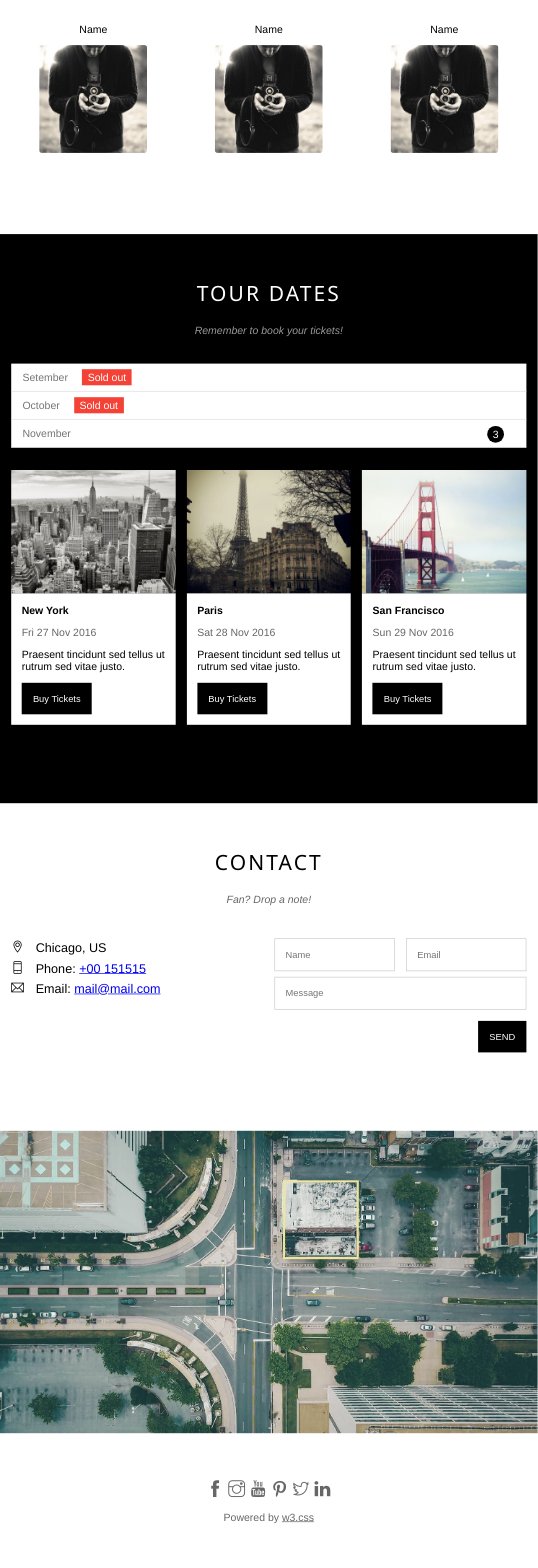
Repository: Lehau79/w3_band
Page: index.html
These files come from the project's save history. The page is drawn as it stood at one moment and after the next save; the edit follows.
The browser window is 768 px wide. The pictures show the part of the page from y = 768 to 3008 px (the page is 3008 px tall), at 70% of full size.

Above is the page before, as saved 2021-11-21 17:08:21.

### index.html
<!DOCTYPE html>
<html lang="en">
<head>
    <meta charset="UTF-8">
    <meta http-equiv="X-UA-Compatible" content="IE=edge">
    <meta name="viewport" content="width=device-width, initial-scale=1.0">
    <title>THE BAND</title>
    <link rel="icon" href="#" type="image/x-icon" />
    <link rel="stylesheet" href="./assets/css/style.css">
    <link rel="stylesheet" href="./assets/css/responsive.css">
    <link rel="stylesheet" href="/assets/font/themify-icons/themify-icons.css">
</head>
<body>
    <div id="main">
        <div id="header">
            <!-- Beign: Nav -->
            <ul id="nav">
                <li><a href="#">Home</a></li>
                <li><a href="#band">Band</a></li>
                <li><a href="#tour">Tour</a></li>
                <li><a href="#contain">Contact</a></li>
                <li>
                    <a href="#">
                        More
                    <i class="nav-arrow-down ti-angle-down"></i>
                    </a>
                    <ul class="subnav">
                        <li><a href="#">Merchandise</a></li>
                        <li><a href="#">Extras</a></li>
                        <li><a href="#">Media</a></li>
                    </ul>
                </li>
            </ul>
            <!-- End: Nav -->

            <!-- Begin: Search button -->
                <div class="search-btn">
                    <i class="search-icon ti-search"></i>
                </div>
            <!-- End: Search button -->

            <!-- Begin: Mobile-menu-btn -->
            <div id="mobile-menu" class="mobile-menu-btn">
                <i class="menu-icon ti-menu"></i>
            </div>
            <!-- End: Mobile-menu-btn -->

        </div>
            <!-- Begin: Slider-->
        <div id="slider">
            <div class="text-content">
                <h2 class="text-heading">Chicago</h2>
                <div class="text-description">Thank you, Chicago - A night we won't forget.</div>
            </div>
        </div>
            <!-- End: Slider -->

            <!-- Begin: Content-->
        <div id="content">

            <!-- Begin: TheBand Section-->
            <div class="content-section" id="band">
                <h2 class="content-heading">THE BAND</h2>
                <p class="content-sub-heading">We love music</p>
                <p class="about-text">We have created a fictional band website. Lorem ipsum dolor sit amet, consectetur adipiscing elit, sed do eiusmod tempor incididunt ut labore et dolore magna aliqua. Ut enim ad minim veniam, quis nostrud exercitation ullamco laboris nisi ut aliquip ex ea commodo consequat. Duis aute irure dolor in reprehenderit in voluptate velit esse cillum dolore eu fugiat nulla pariatur. Excepteur sint occaecat cupidatat non proident, sunt in culpa qui officia deserunt mollit anim id est laborum consectetur adipiscing elit, sed do eiusmod tempor incididunt ut labore et dolore magna aliqua. Ut enim ad minim veniam, quis nostrud exercitation ullamco laboris nisi ut aliquip ex ea commodo consequat.</p>
                <div class="row members-list">
                    <div class="col col-third s-col-full mt-32 text-center">
                        <p class="member-name">Name</p>
                        <img src="./assets/images/Band/Member1.jpg" alt="LVH" class="member-img">
                    </div>
                    <div class="col col-third s-col-full mt-32 text-center">
                        <p class="member-name">Name</p>
                        <img src="./assets/images/Band/Member1.jpg" alt="LVH" class="member-img">
                    </div>
                    <div class="col col-third s-col-full mt-32 text-center">
                        <p class="member-name">Name</p>
                        <img src="./assets/images/Band/Member1.jpg" alt="LVH" class="member-img">
                    </div>
                </div>
            </div>
            <!--End: TheBand Section-->

            <!-- Begin: Tour Section-->
            <div class="tour-section" id="tour">
                <div class="content-section">
                    <h2 class="content-heading text-white">TOUR DATES</h2>
                    <p class="content-sub-heading text-white">Remember to book your tickets!</p>

                    <ul class="tickets-list">
                        <li>Setember <span class="sold-out">Sold out</span></li>
                        <li>October <span class="sold-out">Sold out</span></li>
                        <li>November <span class="sold-quatity">3</span></li>
                    </ul>

                    <!--Begin :Tour Places Section-->
                    <div class="row place-list">
                        <div class="col col-third s-col-full mt-16">
                            <img src="./assets/images/Places/Place1.jpg" alt="New York" class="place-img">
                            <div class="place-body">
                                <h3 class="place-heading">New York</h3>
                                <p class="place-time">Fri 27 Nov 2016</p>
                                <p class="place-desc">Praesent tincidunt sed tellus ut rutrum sed vitae justo.</p>
                                <button class="btn s-full-width js-buy-ticket">Buy Tickets</button>
                            </div>
                        </div>

                        <div class="col col-third s-col-full mt-16">
                            <img src="./assets/images/Places/Place2.jpg" alt="New York" class="place-img">
                            <div class="place-body">
                                <h3 class="place-heading">Paris</h3>
                                <p class="place-time">Sat 28 Nov 2016</p>
                                <p class="place-desc">Praesent tincidunt sed tellus ut rutrum sed vitae justo.</p>
                                <button class="btn s-full-width js-buy-ticket">Buy Tickets</button>
                            </div>
                        </div>

                        <div class="col col-third s-col-full mt-16">
                            <img src="./assets/images/Places/place3.jpg" alt="New York" class="place-img">
                            <div class="place-body">
                                <h3 class="place-heading">San Francisco</h3>
                                <p class="place-time">Sun 29 Nov 2016</p>
                                <p class="place-desc">Praesent tincidunt sed tellus ut rutrum sed vitae justo.</p>
                                <button class="btn s-full-width js-buy-ticket">Buy Tickets</button>
                            </div>
                        </div>


                    </div>
                    <!--End: Tour Places Section-->
                </div>
            </div>
            <!-- End: Tour Place Section-->


            <!-- Begin: Contact Section-->
            <div class="content-section" id="contain" >
                <h2 class="content-heading">CONTACT</h2>
                <p class="content-sub-heading">Fan? Drop a note!</p>

                <div class="row  contact-content">
                    <div class="col col-half s-col-full contact-info">
                        <p><i class="ti-location-pin"></i> Chicago, US</p>
                        <p><i class="ti-mobile"></i>  Phone: <a href="tel:+00 151515">+00 151515</a></p>
                        <p><i class="ti-email"></i> Email: <a href="mailto:mail@mail.com">mail@mail.com</a></p>

                    </div>
                    <div class="col col-half s-col-full contact-form">
                        <form action="">
                            <div class="row">
                                <div class="col col-half s-col-full">
                                    <input type="text" name="" id="" required class="form-control" placeholder="Name">
                                </div>
                                <div class="col col-half s-col-full s-mt-8">
                                    <input type="email" name="" id="" required class="form-control" placeholder="Email">
                                </div>
                            </div>
                            <div class="row mt-8">
                                <div class="col col-full">
                                    <input type="text" name="" id="" required class="form-control" placeholder="Message">
                                </div>
                            </div>
                            <input class="btn s-full-width mt-16 pull-right" type="submit" value="SEND" />
                        </form>
                    </div>
            </div>
            </div>
            <!-- End: Contact Section-->

            <div class="image-section">
                <img src="./assets/images/Map/map.jpg" alt="Map">
            </div>
        </div>
        <!-- End: Content Section-->

        <!-- Begin: Footer-->
        <div id="footer">
            <div class="socials-list">
                <a href=""><i class="ti-facebook"></i></a>
                <a href=""><i class="ti-instagram"></i></a>
                <a href=""><i class="ti-youtube"></i></a>
                <a href=""><i class="ti-pinterest"></i></a>
                <a href=""><i class="ti-twitter"></i></a>
                <a href=""><i class="ti-linkedin"></i></a>
            </div>
            <p class="copyright">Powered by <a href="">w3.css</a></p>
        </div>
        <!--End :Footer-->
    </div>

    <div class="modal js-modal">
        <div class="modal-container js-modal-container">
            <div class="modal-close js-modal-close">
                <i class="ti-close"></i>
            </div>
            <header class="modal-header">
                <i class="modal-heading-icon ti-bag"></i>
                Tickets
            </header>
            <div class="modal-body">
                <label for="ticket-quality" class="modal-label">
                    <i class="ti-shopping-cart"></i>
                    Tickets, $15 per person
                </label>
                <input type="text"  id="ticket-quality" class="modal-input" placeholder="How many?">

                <label for="ticket-email" class="modal-label">
                    <i class="ti-user"></i>
                    Send to
                </label>
                <input type="email"  id="ticket-email" class="modal-input" placeholder="Enter email ......">

                <button class="buy-tickets">
                    Pay <i class="ti-check"></i>
                </button>
            </div>
            <footer class="modal-footer">
                <p class="modal-help">Need
                    <a href="#">help?</a>
                </p>
            </footer>
        </div>
    </div>
    <script>
        /* Begin: Modal */
        const buyBtns = document.querySelectorAll('.js-buy-ticket')
        const modal = document.querySelector('.js-modal')
        const modalClose = document.querySelector('.js-modal-close')
        const modalContainer = document.querySelector('.js-modal-container')
        function showBuyTickets() {
            modal.classList.add('open')
        }

        function hideBuyTickes() {
            modal.classList.remove('open')
        }

        for(const buyBtn of buyBtns) {
            buyBtn.addEventListener('click',showBuyTickets)
        }

        modalClose.addEventListener('click',hideBuyTickes)

        modal.addEventListener('click',hideBuyTickes)

        modalContainer.addEventListener('click', function (event) {
            event.stopPropagation()
        })
        /* End: Modal */

        /* Đóng mở Mobile Menu */
        var header = document.getElementById('header')
        var mobileMenu = document.getElementById('mobile-menu')
        var headerHeight = header.clientHeight;

        mobileMenu.onclick = function() {
            var isClosed = header.clientHeight === headerHeight ;
            if (isClosed){
                header.style.height = "auto";
            }   else {
                header.style.height = null;
            }
        }

        /* Tự động đóng khi chọn menu */
        var menuItems = document.querySelectorAll('#nav li a[href*="#"]');
        for(var i = 0 ; i < menuItems.length; i++) {
            var menuItem = menuItems[i];

            menuItem.onclick = function(event) {
                var isParentMenu = this.nextElementSibling && this.nextElementSibling.classList.contains('subnav');
                if(isParentMenu){
                    event.preventDefault();
                } else {
                    header.style.height= null;
                }

            }
        }

    </script>
</body>
</html>

### assets/css/style.css
* {
    padding: 0;
    margin: 0;
    box-sizing: border-box;
}

html {
    scroll-behavior: smooth;
    font-family: Helvetica, Arial, sans-serif;
}

/* Common */
.clear {
    clear: both;
}

.text-white {
    color: #fff !important;
}

.text-center {
    text-align: center !important;
}

.pull-right {
    float: right !important;
}

.btn {
    color: #fff;
    background-color: #000;
    padding: 10px 16px;
    text-decoration: none;
    display: inline-block;
    margin-top: 15px;
    border: none;
    text-align: center;
}

.btn:hover {
    color: #000;
    background-color: #ccc;
    cursor: pointer;
}

.row {
    margin-left: -8px;
    margin-right: -8px;
}

.row::after {
    content: "";
    display: block;
    clear: both;
}
.col {
    float: left;
    padding-left: 8px;
    padding-right: 8px;
}

.col-third {
    width: 33.3333%;
}

.col-half {
    width: 50%;
}

.col-full {
    width: 100%;
}

.mt-8 {
    margin-top: 8px !important;
}
.mt-16 {
    margin-top: 16px !important;
}

.mt-32 {
    margin-top: 32px !important;
}
/* Main */

#header {
    height: 46px;
    background-color: #000;
    position: fixed;
    top: 0px;
    left: 0px;
    right: 0px;
    z-index: 1;
    overflow: hidden;
}

#nav {
    display: inline-block;
}

#nav , .subnav {
    list-style-type: none;
}

#nav > li {
    display: inline-block;
}
#nav li {
    position: relative;
}
#nav > li > a {
    color: #fff;
    text-transform: uppercase;
}
#nav li a {
    text-decoration: none;
    line-height: 46px;
    padding: 0 24px;
    display: block;
}

#nav li:hover .subnav {
    display: block;
}

#nav > li:hover > a,
#nav .subnav li:hover a {
    color: #000;
    background-color: #ccc;
}

#nav .subnav {
    display: none;
    position: absolute;
    min-width: 160px;
    background-color: #fff;
    top: 100%;
    box-shadow: 0px 0px 10px rgba(0 ,0,0,0.5);
}

#nav .subnav a {
    color: #000;
    padding: 0 12px;
    line-height: 38px;
}
#nav .nav-arrow-down {
    font-size: 14px;
}

#header .mobile-menu-btn {
    position: absolute;
    top: 0;
    right: 0;
    display: none;
}

#header .mobile-menu-btn,
#header .search-btn {
    float: right;
    padding: 0px 21px;
}

#header .search-btn:hover {
    cursor: pointer;
    background-color: #f44336;
}

#header .mobile-menu-btn:hover {
    background-color: #ccc;
}

#header .mobile-menu-btn:hover .menu-icon {
    color: #000;
}

#header .menu-icon,
#header .search-icon {
    color: #fff;
    font-size: 20px;
    line-height: 46px;
}

#slider {
    margin-top: 46px;
    padding-top: 50%;
    background: url('/assets/images/Slider/Slider1.jpg') top center / cover no-repeat;
    position: relative;
}

#slider .text-content {
    position: absolute;
    color: #fff;
    bottom: 47px;
    /** Cach 1 : Canh giua
    width: 100%;
    */
    /** Cach 2 : Canh giua
    left: 0;
    right: 0;
     */
    /** Cach 3: Canh giua */
    left: 50%;
    transform: translateX(-50%);
    text-align: center;
}

#slider .text-heading {
    font-weight: 500;
    font-size: 24px;
}

#slider .text-description {
    font-size: 15px;
    margin-top: 25px;

}


#content .content-section{
    width: 800px;
    max-width: 100%;
    padding: 64px 0px 112px;
    margin-left: auto;
    margin-right: auto;
    padding-left: 16px;
    padding-right: 16px;
}
#content .content-heading{
    text-align: center;
    font-size: 30px;
    font-weight: 400;
    letter-spacing: 3px;
    font-family: 'Segoe UI', Arial,sans-serif;
}
#content .content-sub-heading{
    text-align: center;
    margin-top: 23px;
    opacity: 0.6;
    font-style: italic;
    font-size: 15px;
}
#content .about-text{
    text-align:justify;
    margin: 15px 0px;
    font-size: 15px;
    line-height: 1.4;
}

#content .members-list{
    margin-top: 32px;
}

#content .member-name{
    font-size: 15px;
}

#content .member-img{
    margin-top: 15px;
    width: 154px;
    border-radius: 4px;
}

/** Tour */
.tour-section {
    background-color: #000;
}

.tickets-list {
    margin-top: 40px;
    background-color: #fff;
    font-size: 15px;
}

.tickets-list li {
    padding: 8px 16px;
    color: #757575;
    list-style: none;
    padding: 11px 16px;
    border-bottom: 1px solid #ddd;
}

.tickets-list .sold-out {
    margin-left: 16px;
    background-color: #f44336;
    color: #fff;
    padding: 3px 8px;
}

.tickets-list .sold-quatity {
    float: right;
    height: 24px;
    width: 24px;
    background-color: #000;
    color: #fff;
    border-radius: 50%;
    text-align: center;
    line-height: 24px;
    margin-top: -2px;
    margin-right: 16px;
}
/* Place */
.place-list {
    margin-top: 16px;
}


.place-img {
    width: 100%;
    display: block;
}

.place-img:hover {
    opacity: 0.6;
}

.place-body {
    background-color: #fff;
    font-size: 15px;
    padding: 15px;
}

.place-heading {
    font-size: 15px;
    font-weight: 600;
}

.place-time {
    margin-top: 15px;
    opacity: 0.6;
}

.place-desc {
    margin-top: 15px;
}


/* Contact from*/
.contact-content {
    margin-top: 48px;
}

.contact-info {
    font-size: 18px;
    line-height: 1.6;
}

.contact-info i[class*="ti-"] {
    width:30px;
    display: inline-block;
}

.contact-form {
    font-size: 15px;
}

.contact-form .form-control {
    padding: 10px;
    border: 1px solid #ccc;
    width: 100%;
}

.image-section img {
    width: 100%;
    filter: grayscale(50%);
}

#footer {
   padding: 64px 16px;
   text-align: center;
}

#footer .socials-list {
    font-size: 24px;

}

#footer .socials-list a {
    text-decoration: none;
    color: rgba(0 ,0,0,0.6);
}
#footer .copyright a:hover,
#footer .socials-list a:hover {
    color: rgba(0 ,0,0,0.4);
}

#footer .copyright {
    font-size: 15px;
    color: rgba(0 ,0,0,0.6);
    margin-top: 15px;
}

#footer .copyright a {
    color: rgba(0 ,0,0,0.6);
}

/* Modal */
.modal {
    position: fixed;
    top: 0;
    right: 0;
    left: 0;
    bottom: 0;
    background-color: rgba(0 ,0,0,0.5);
    align-items: center;
    justify-content: center;
    display: none;
}

.modal.open {
    display: flex;
}
.modal-container {
    background-color: #fff;
    width: 900px;
    max-width: calc( 100% - 32px );
    min-height: 200px;
    position: relative;
    animation: modalFadeIn ease 0.6s;
}

.modal-header {
    background: #009688;
    height: 130px;
    display: flex;
    align-items: center;
    justify-content: center;
    font-size: 30px;
    color: #fff;
}
.modal-close {
    position: absolute;
    right: 0;
    top: 0;
    color: #fff;
    padding: 12px;
}

.modal-close:hover {
    color:#000;
    background-color: #ccc;
    cursor: pointer;
}

.modal-heading-icon {
    margin-right: 16px;
}

.modal-body {
    padding: 16px;
}

.modal-label {
    display: block;
    font-size: 15px;
    margin-bottom: 12px;
}

.modal-input {
    border: 1px solid #ccc;
    width: 100%;
    padding: 10px;
    font-size: 15px;
    margin-bottom: 24px;
}

.buy-tickets {
    background: #009688;
    color: #fff;
    border: none;
    font-size: 15px;
    width: 100%;
    text-transform: uppercase;
    padding: 18px;
}

.buy-tickets:hover {
    opacity: 0.9;
    cursor: pointer;
}
.modal-footer {
    padding: 16px;
    text-align: right;

}

.modal-footer a {
    color: #2196F3;
}

@keyframes modalFadeIn {
    from {
        transform: translateY(-130px);
        opacity: 0;
    }
    to {
        opacity: 1;
        transform: translateY(0px);
    }
}

### assets/css/responsive.css
/* PC */
@media (min-width:1024px) {

}

/* Tablet and Mobile */
@media (max-width:1023px) {
    .btn {
        padding: 15px 16px;
    }
    .contact-form .form-control {
        padding: 15px;
    }
}
/* Tablet */

@media (min-width:740px) and (max-width:1023px) {

}

/* Mobile */
@media (max-width:740px) {
    .s-full-width,
    .s-col-full {
        width: 100% !important;
    }

    .s-mt-8 {
        margin-top: 8px !important;
    }
    #header {
        overflow: hidden;
    }

    #header .mobile-menu-btn {
        display: block;
    }

    #header .search-btn {
        display: none;
    }

    #nav {
        display: block;
    }

    #nav li a {
        padding: 1px 24px;
    }

    #nav > li {
        display: block;
    }

    #nav >li:first-child {
        display: inline-block;
    }

    #nav .subnav {
        position: initial;
        background-color: #000;
    }

    #nav .subnav a {
        padding: 5px 41px;
        color: #fff;
    }

    #content .member-img {
        width: 60%;
    }

    .contact-form {
        margin-top: 16px;
    }
}

Loaded but not shown: assets/font/themify-icons/themify-icons.css (common file)

After the next save:
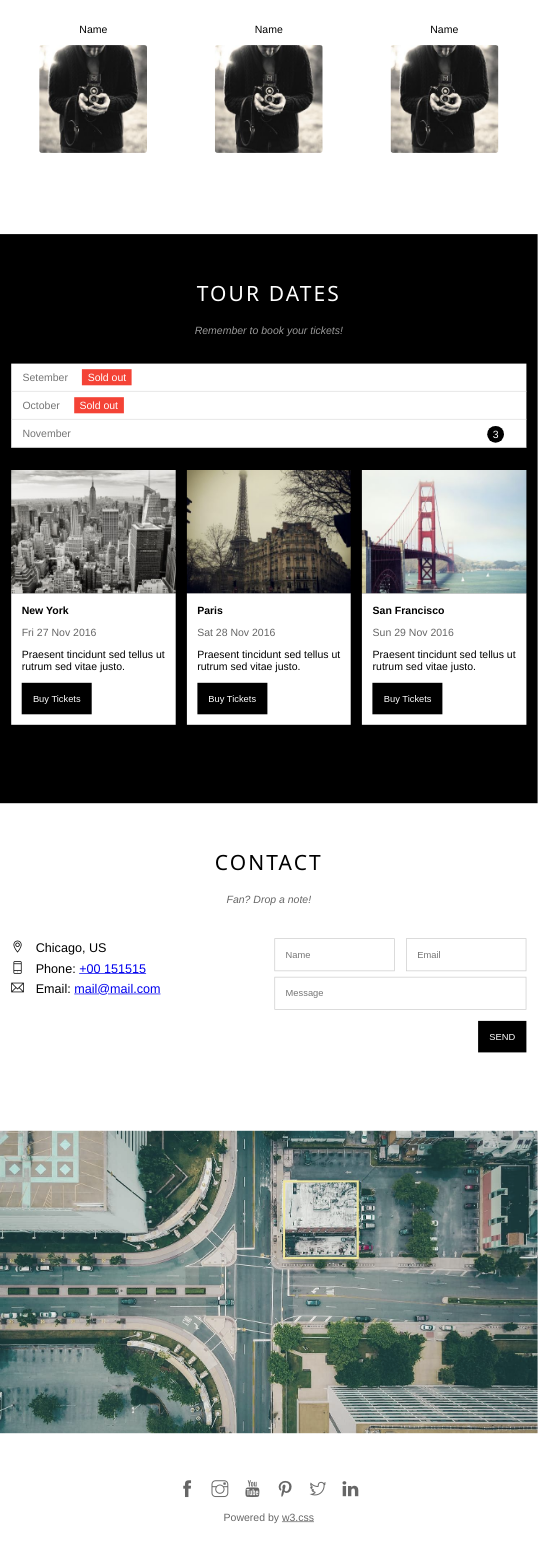
Saved 94 s later.
--- a/assets/css/responsive.css
+++ b/assets/css/responsive.css
@@ -8,8 +8,17 @@
     .btn {
         padding: 15px 16px;
     }
+
     .contact-form .form-control {
         padding: 15px;
+    }
+
+    .socials-list {
+        font-size: 48px;
+    }
+
+    #footer .socials-list a {
+        margin: 0 8px;
     }
 }
 /* Tablet */
